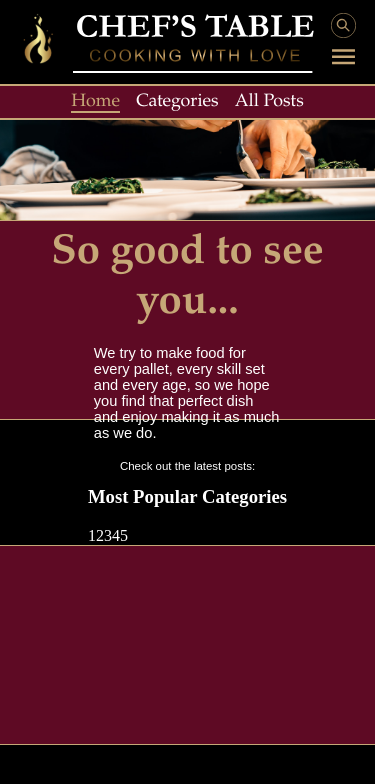
Repository: Noroff-FEU-Assignments/project-exam-1-runeunhjem
Page: index.html
These files come from the project's save history. The page is drawn as it stood at one moment and after the next save; the edit follows.
The browser window is 375 px wide. The pictures show the whole page.
The page's requests for data from a server got no answer.

Above is the page before, as saved 2023-05-01 14:16:09.

After the next save:
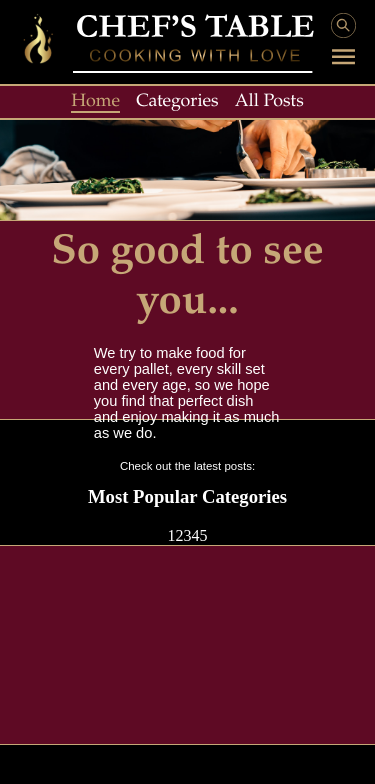
Saved 1 s later.
--- a/css/styles.css
+++ b/css/styles.css
@@ -273,6 +273,7 @@ main {
 .categories {
   display: flex;
   flex-direction: column;
+  align-items: center;
 }
 
 .categories-container {
@@ -311,4 +312,4 @@ footer {
     background-image: url(../images/hero-image.png);
     height: 100px;
   }
-}/*# sourceMappingURL=styles_20230501141604.css.map */
+}/*# sourceMappingURL=styles_20230501141610.css.map */
